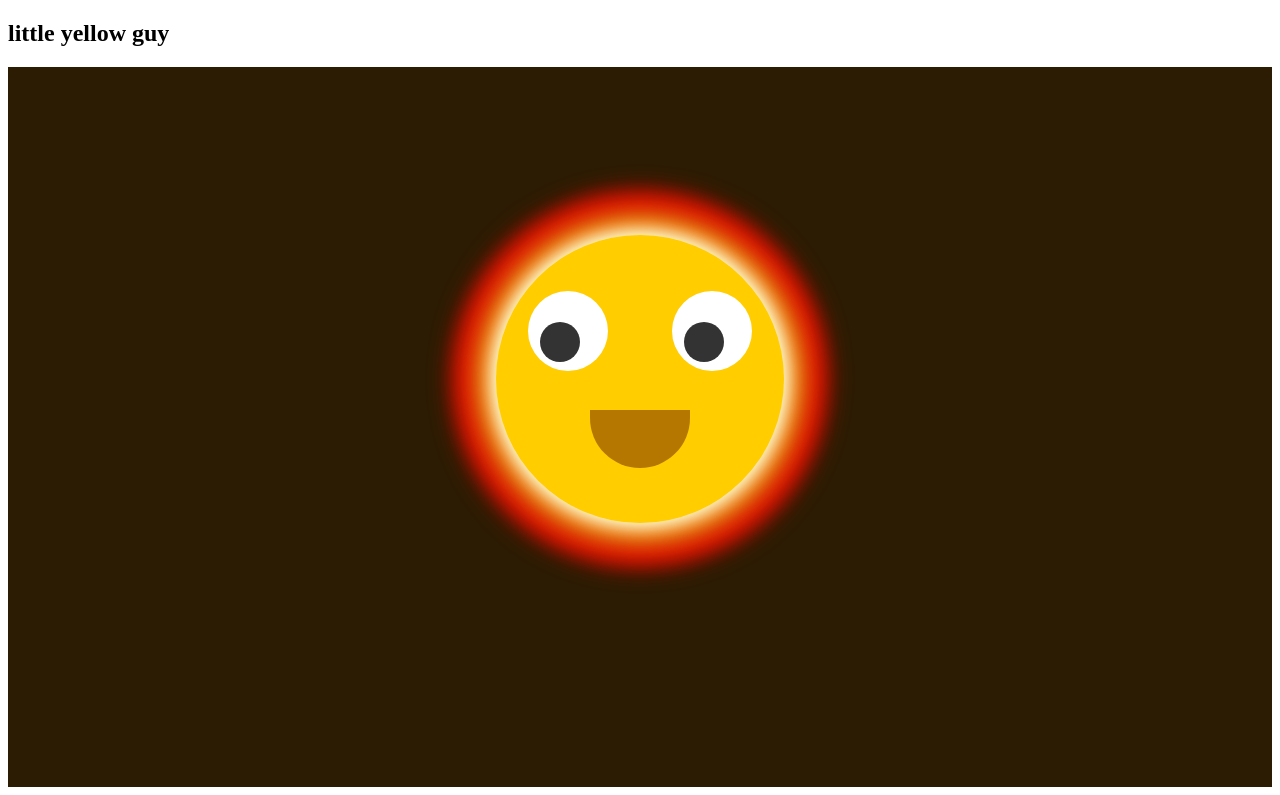
Repository: clairedupuich/cv_dynamique
Page: cv _texiao/小黄人 copy/eyes.html
The author's editor kept a copy of each file at every save. The page is drawn from the files as they stood at one save, then again after the next save.
The browser window is 1280 px wide. The pictures show the whole page.

Above is the page before, as saved 2020-10-22 20:05:05.

### cv _texiao/小黄人 copy/eyes.html
<!DOCTYPE html>
<html lang="fr">

<head>
    <meta charset="UTF-8">
    <meta name="viewport" content="width=device-width, initial-scale=1.0">
    <title>Document</title>
    <link rel="stylesheet" href="eyes.css">
</head>

<body>
    <h2>little yellow guy</h2>
    <div class="body-face">
        <div class="face">
            <div class="eyes">
                <div class="eye"></div>
                <div class="eye"></div>
            </div>
        </div>
    </div>
    <script type="text/javascript" src="eyes.js"></script>
</body>

</html>

<!-- html中关于太阳的块，其层次结构是
第一层 整个动画的容器，
第二层 脸div
第三层 眼div,内含
第四层 2个单只的眼睛div

嘴巴和眼珠都是在CSS里用 ::before创建的 -->

### cv _texiao/小黄人 copy/eyes.css
.body-face {
    display: flex;
    justify-content: center;
    align-items: center;
    min-height: 100vh;/* 视口高度的1% */
    background-color: #2c1c03;

   caret-color: red;/* 一般用在更改光标的颜色 */
   /*  cursor:pointer;  *//* cursor: url("小图片地址") */
   cursor: url(./image/Butterfly.net.ico), url(../image/Butterfly_72px_544652_easyicon.net.png), url(cursors/cursor.gif), pointer;

  }

.face {
    position: relative;
    top: -3em;
    width: 18em;
    height: 18em;
    border-radius: 50%;
    background-color: #ffcd00;
    display: flex;
    justify-content: center;
    align-items: center;


    box-shadow: 0 0 15px 7px #fefcc9,
     0 0 15px 20px #ec760c,
    0 0  25px 30px #cd4606,
     0px 0px 25px 42px #f00;



    transform-style: preserve-3d;/* ??????????????????????? ??????????????????*/
}
.face:hover {
  box-shadow: 0 0 15px 7px #fefcc9,
  0 0 15px 20px #ec760c,
 0 0  25px 30px #000000,
  0px 0px 25px 42px #f00;
}

/* 该属性box-shadow可以通过以下方式定义：

两个，三个或四个长度值（<length>）：
具有两个值，它们分别被视为阴影偏移坐标：<offset-x>和<offset-y>
如果提供了第三个值，则它将对应于模糊半径： <blur-radius>
如果提供第四个值，它将对应于扩展半径：<spread-radius>。
到可选关键字 inset
具有<color>可选的颜色值（）。 */

/* 嘴巴 */
.face::before{
    content: ''; /* 内容 */
    position: absolute;/* 绝对定位 */
    top: 61%; /* 距上部 */
    width: 35%;
    height: 20%;
    background: #b57700;
    border-bottom-left-radius: 5em; /* 左下圆角 */
    border-bottom-right-radius: 5em;
    transition: .5s; /* 过渡时间 */
  }

  /* 悬停到face时嘴就行变化 */
.face:hover::before{
    content: '';
    top: 61%; /* 距上部 */
    width: 35%;
    height: 8%;
    /* 圆角归0为矩形 */
    border-radius: 0;
  }
/* 眼睛框体 */
.eyes{
    position: relative;
    top: -3em;
    display: flex;
  }

  /* 2只眼睛 */
.eyes .eye{
    position: relative;
    width: 5em;
    height: 5em;
   /*  display: block; */
    background-color: #fff;
    margin: 0 2em;
    border-radius: 50%;
    transform-style: preserve-3d;
  }

/* 眼珠 */
/* .eyes */ .eye::before{
    content: '';
    position: absolute;/* 绝对定位 是为了能在区域中显示出来*/
    /* top: 50%; */
    margin-top: 3.2em;
    margin-left: 2em;
    /* left: 25px; */
    transform: translate(-50%, -50%); /* x,y轴移动 */
    width: 2.5em;
    height: 2.5em;
    background: #333;
    border-radius: 50%;
  }

### cv _texiao/小黄人 copy/eyes.js
// 给小黄人所在块添加鼠标移动事件 eyeball
document.querySelector('.body-face').addEventListener('mousemove', eyeball);
// 事件函数
function eyeball() {
  // 根据css选择器 获取到元素 放入数组
  let eye = document.querySelectorAll('.eye');
  // 调用数组中的每个元素
  eye.forEach(function(eye) {
    // 元素相对于窗口左边的距离  元素左边距离页面左边的距离; eye.clientLeft 是左边框的宽度
    let x = (eye.getBoundingClientRect().left + (eye.clientLeft));//我认为 除2或者不除2都会一样运行，甚至不加边框也是一样的，不同是对于之后使用的函数来说更加严谨，这样眼珠就不会太靠近眼眶边缘
    // 同上
    let y = (eye.getBoundingClientRect().top + (eye.clientTop /* / 2 */));
    //let y = (eye.getBoundingClientRect().top );
    // pageX 鼠标指针的位置，相对于文档左边缘 pageX/y都是相对于整个页面即body而言的x,y轴距离; 而加上event.前缀是获取鼠标坐标

    let radian = Math.atan2(event.pageX - x, event.pageY -y);// 计算弧度
    let angle = (radian * (180 / Math.PI) * -1) - 20;// 计算角度 //* 270是调整眼睛的角度，即鼠标在下方时要保证眼珠也在下面，-1是调整眼睛转动的方向要于鼠标游走方向一致。
    /*PI一般用来代表圆周率π
     角度 = 弧度 * 180 / Math.PI;
    弧度= 角度 * Math.PI / 180; */
    // 修改旋转角度
    // eye.style.transform = 'rotate('+angle +'deg)';//?????此处引号的用法很费解//deg是角度的意思   transform: rotate(旋转角度deg) ?????????????????????????????????????
    eye.style.transform = "rotate(" + angle + "deg)";//""里是字符串显示，变量和数字是不需要引号的。

  })
}

/* 获取转动的角度

使用 Math.atan2() 函数可以非常高效的实现之，它是返回点与原点之间的倾斜角，如图所示，如果想计算出点 (x1,y1) 与 原点 (cx,cy) 与X轴的角度，不过这样我们得到的是一个弧度值,在一般情况下我们需要把它转换为一个角度.只需要执行：

Math.atan2(y1 - cy, x1 - cx)  我们得到的是一个弧度值

需要注意的是，它的取值范围是[-PI, PI]。
当 (x1, y1) 在第一象限, 0 < θ < PI/2

当 (x1, y1) 在第二象限 PI/2 < θ≤PI

当 (x1, y1) 在第三象限, -PI < θ < -PI/2

当 (x1, y1) 在第四象限, -PI/2 < θ < 0
3.2 角度与弧度之间的转换

角度 = 弧度 * 180 / Math.PI; //转换为角度值
弧度= 角度 * Math.PI / 180;

3.3 组件中心点位置计算

使用getBoundingClientRect() 的方法可以获取出容器的位置信息，用当前位置减去宽/高的一半，即可获取中心点位置。

  //中心点 此处与本例子无关
  cx = x + width / 2;
  cy = y + height / 2;


  关于鼠标坐标

鼠标坐标一般是用event事件获取，其中有以下几个方法：

    pageX , pageY
    *screenX , *screenY
    *clientX , *clientY

其中以pageX , pageY方法使用得较多，其他的方法则不太常使用（*标明）。
一张图说明三者的区别：

如图☝
pageX是指光标相对于该网页的水平位置（网页实际大小），以当前文档的左上角为基准点。
所以我们如何获取鼠标坐标？根据自己的需求来调用这些方法就行了~

    ...
    var x = event.pageX;
    var y = event.pageY;
    ...


旋转：transform: rotate();

（1）以x、y、z轴进行旋转，默认是z轴；

（2）rotateX（）、rotateY（）、rotateZ（）

（3）（）内的值单位是：deg角度

比如：transform: rotate(45deg);

作者：丶chlorine
链接：https://www.jianshu.com/p/6c7c9443b919
来源：简书
著作权归作者所有。商业转载请联系作者获得授权，非商业转载请注明出处。
 */

After the next save:
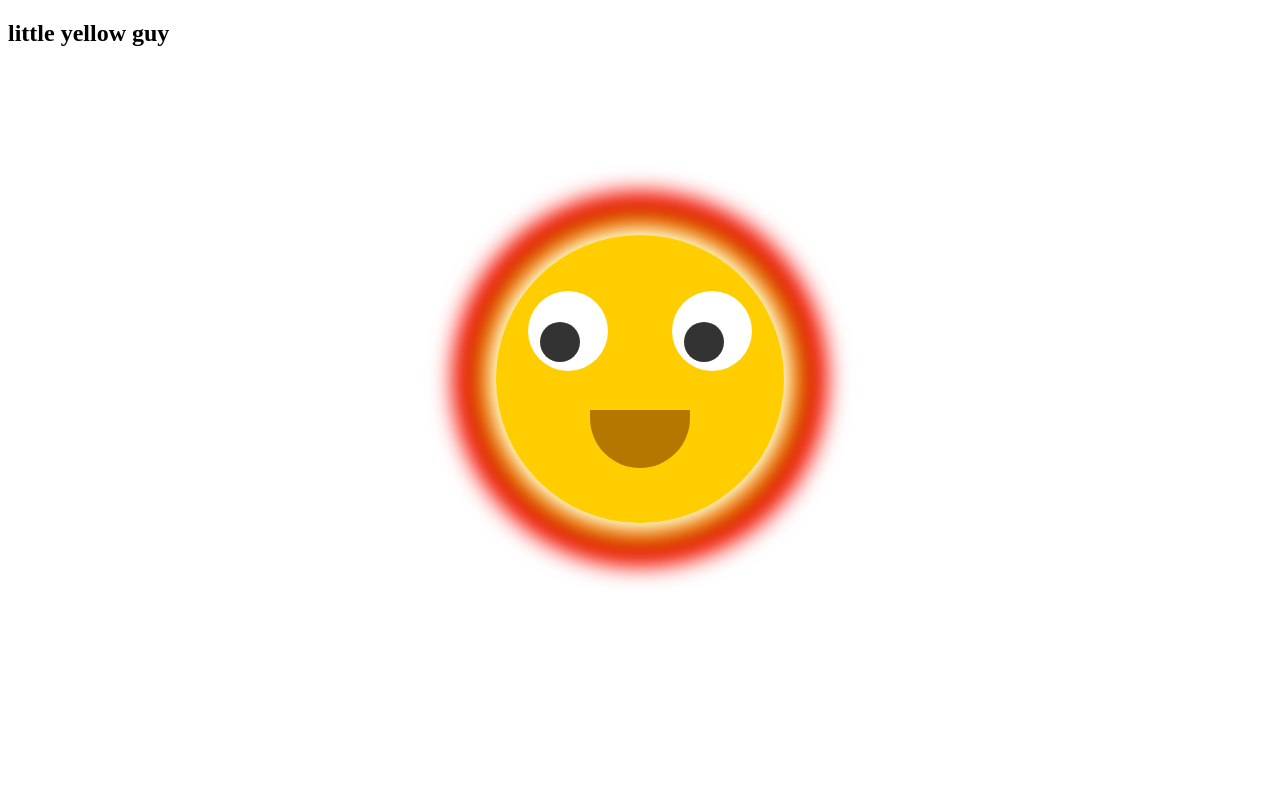
Saved 29 s later.
--- a/cv _texiao/小黄人 copy/eyes.css
+++ b/cv _texiao/小黄人 copy/eyes.css
@@ -3,7 +3,7 @@
     justify-content: center;
     align-items: center;
     min-height: 100vh;/* 视口高度的1% */
-    background-color: #2c1c03;
+    background-color: #ffffff;
 
    caret-color: red;/* 一般用在更改光标的颜色 */
    /*  cursor:pointer;  *//* cursor: url("小图片地址") */

After the save that followed:
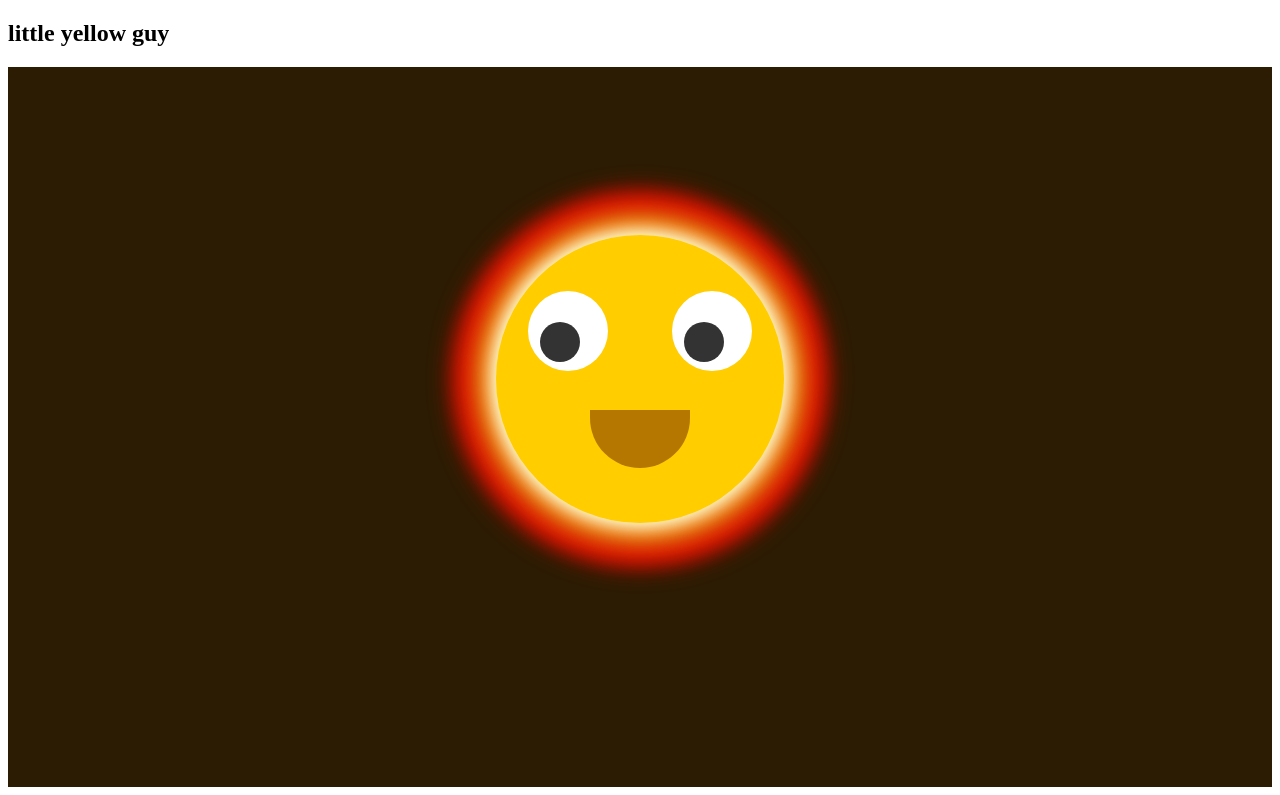
Saved 96 s later.
--- a/cv _texiao/小黄人 copy/eyes.css
+++ b/cv _texiao/小黄人 copy/eyes.css
@@ -3,7 +3,7 @@
     justify-content: center;
     align-items: center;
     min-height: 100vh;/* 视口高度的1% */
-    background-color: #ffffff;
+    background-color: #2c1c03;
 
    caret-color: red;/* 一般用在更改光标的颜色 */
    /*  cursor:pointer;  *//* cursor: url("小图片地址") */
